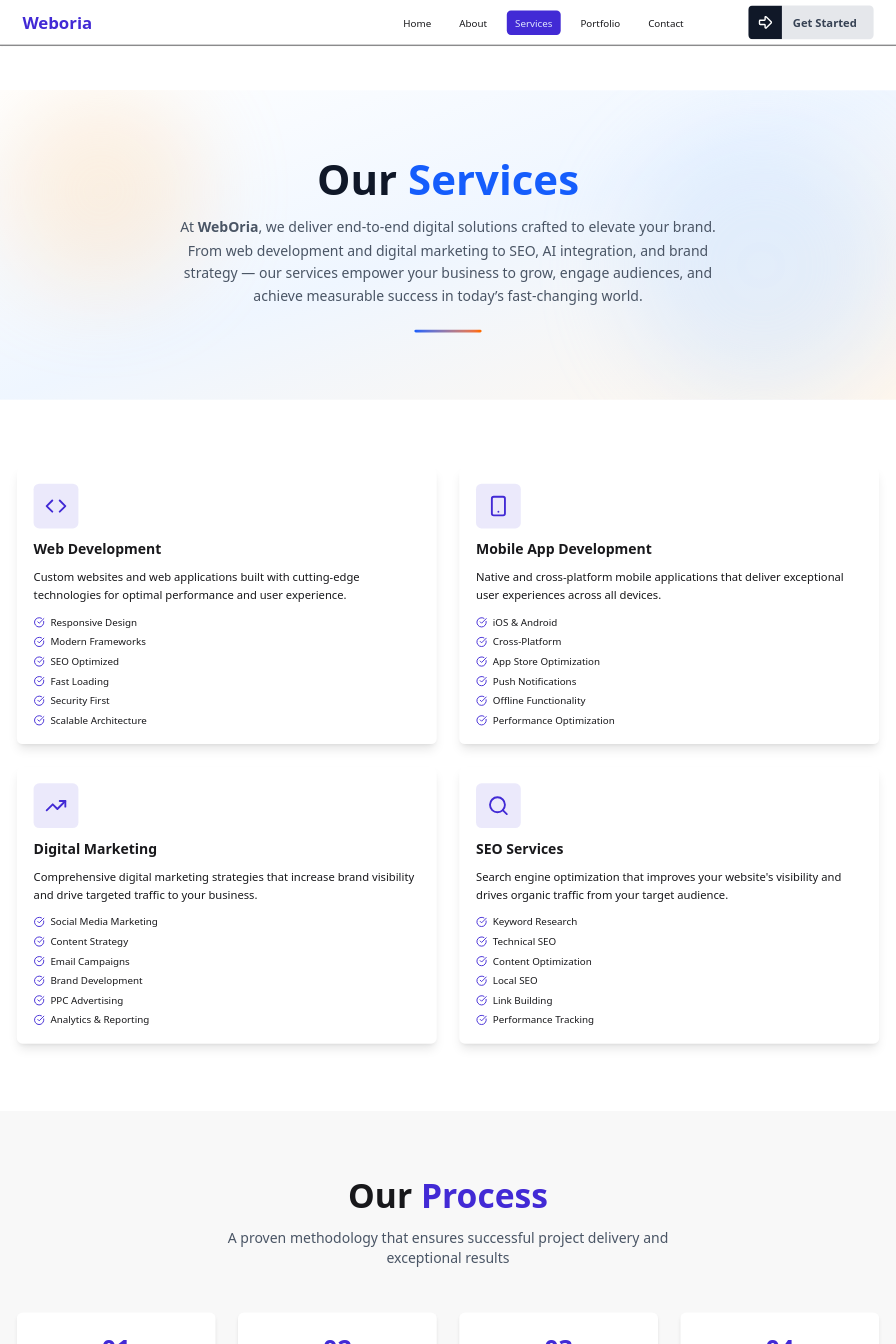
Repository: mdmuhibullahhabib/weboria
Page: /services
These files come from the project's save history. The page is drawn as it stood at one moment and after the next save; the edit follows.
The browser window is 1280 px wide. The pictures show the part of the page from y = 0 to 1920 px (the page is 3834 px tall before and 3798 px after), at 70% of full size.
The project was rebuilt for these pictures with package versions that can differ from the ones it lists, and the page was loaded fresh each time. The framework's server and built-in components were replaced by stand-ins that run in the browser. Also part of the build but not shown: next.config.mjs.

Above is the page before, as saved 2025-10-05 01:15:45.

After the next save:
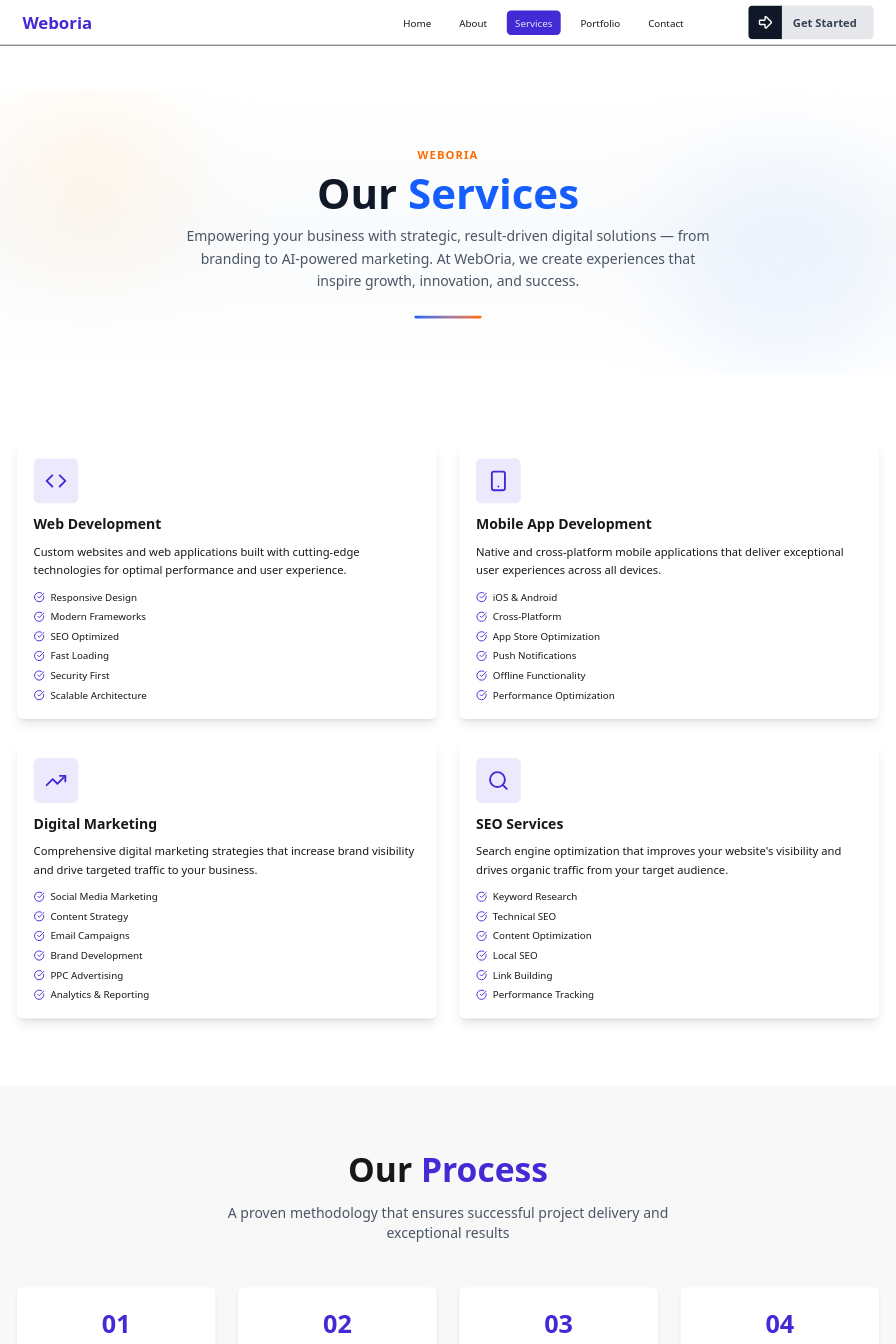
Saved 3 min 39 s later.
--- a/src/app/services/page.jsx
+++ b/src/app/services/page.jsx
@@ -67,41 +67,47 @@ export default function ServicesPage() {
   return (
     <div className="min-h-screen pt-16">
 
-         <section className="relative py-24 bg-gradient-to-br from-white via-blue-50 to-orange-50 overflow-hidden">
-      {/* Subtle background shapes */}
-      <div className="absolute top-0 left-0 w-72 h-72 bg-orange-200 rounded-full blur-3xl opacity-30 animate-pulse"></div>
-      <div className="absolute bottom-0 right-0 w-96 h-96 bg-blue-200 rounded-full blur-3xl opacity-30 animate-pulse"></div>
-
-      {/* Content */}
+     <section className="py-20 bg-gradient-to-b from-white via-gray-50 to-white relative overflow-hidden">
+      {/* Decorative Background Blobs */}
+      <div className="absolute top-0 left-0 w-64 h-64 bg-orange-100 rounded-full blur-3xl opacity-40 animate-pulse"></div>
+      <div className="absolute bottom-0 right-0 w-80 h-80 bg-blue-100 rounded-full blur-3xl opacity-40 animate-pulse"></div>
+
+      {/* Main Content */}
       <div className="relative max-w-7xl mx-auto px-6 text-center">
+        <motion.p
+          initial={{ opacity: 0, y: 20 }}
+          whileInView={{ opacity: 1, y: 0 }}
+          transition={{ duration: 0.6 }}
+          className="text-orange-500 font-semibold tracking-widest uppercase mb-3"
+        >
+          WebOria
+        </motion.p>
+
         <motion.h1
-          className="text-4xl md:text-6xl font-extrabold mb-6 text-gray-900"
           initial={{ opacity: 0, y: 30 }}
           whileInView={{ opacity: 1, y: 0 }}
-          transition={{ duration: 0.7 }}
+          transition={{ duration: 0.8 }}
+          className="text-4xl md:text-6xl font-extrabold text-gray-900 mb-4"
         >
           Our <span className="text-blue-600">Services</span>
         </motion.h1>
 
         <motion.p
-          className="text-lg md:text-xl text-gray-600 max-w-3xl mx-auto leading-relaxed"
           initial={{ opacity: 0, y: 20 }}
           whileInView={{ opacity: 1, y: 0 }}
           transition={{ delay: 0.2, duration: 0.7 }}
+          className="text-gray-600 text-lg md:text-xl max-w-3xl mx-auto leading-relaxed"
         >
-          At <b>WebOria</b>, we deliver end-to-end digital solutions crafted to
-          elevate your brand. From web development and digital marketing to
-          SEO, AI integration, and brand strategy — our services empower your
-          business to grow, engage audiences, and achieve measurable success in
-          today’s fast-changing world.
+          Empowering your business with strategic, result-driven digital
+          solutions — from branding to AI-powered marketing. At WebOria, we
+          create experiences that inspire growth, innovation, and success.
         </motion.p>
 
-        {/* Decorative line animation */}
         <motion.div
-          className="w-24 h-1 bg-gradient-to-r from-blue-600 to-orange-500 mx-auto mt-8 rounded-full"
           initial={{ scaleX: 0 }}
           whileInView={{ scaleX: 1 }}
           transition={{ delay: 0.4, duration: 0.8 }}
+          className="w-24 h-1 bg-gradient-to-r from-blue-600 to-orange-500 mx-auto mt-8 rounded-full origin-left"
         />
       </div>
     </section>
